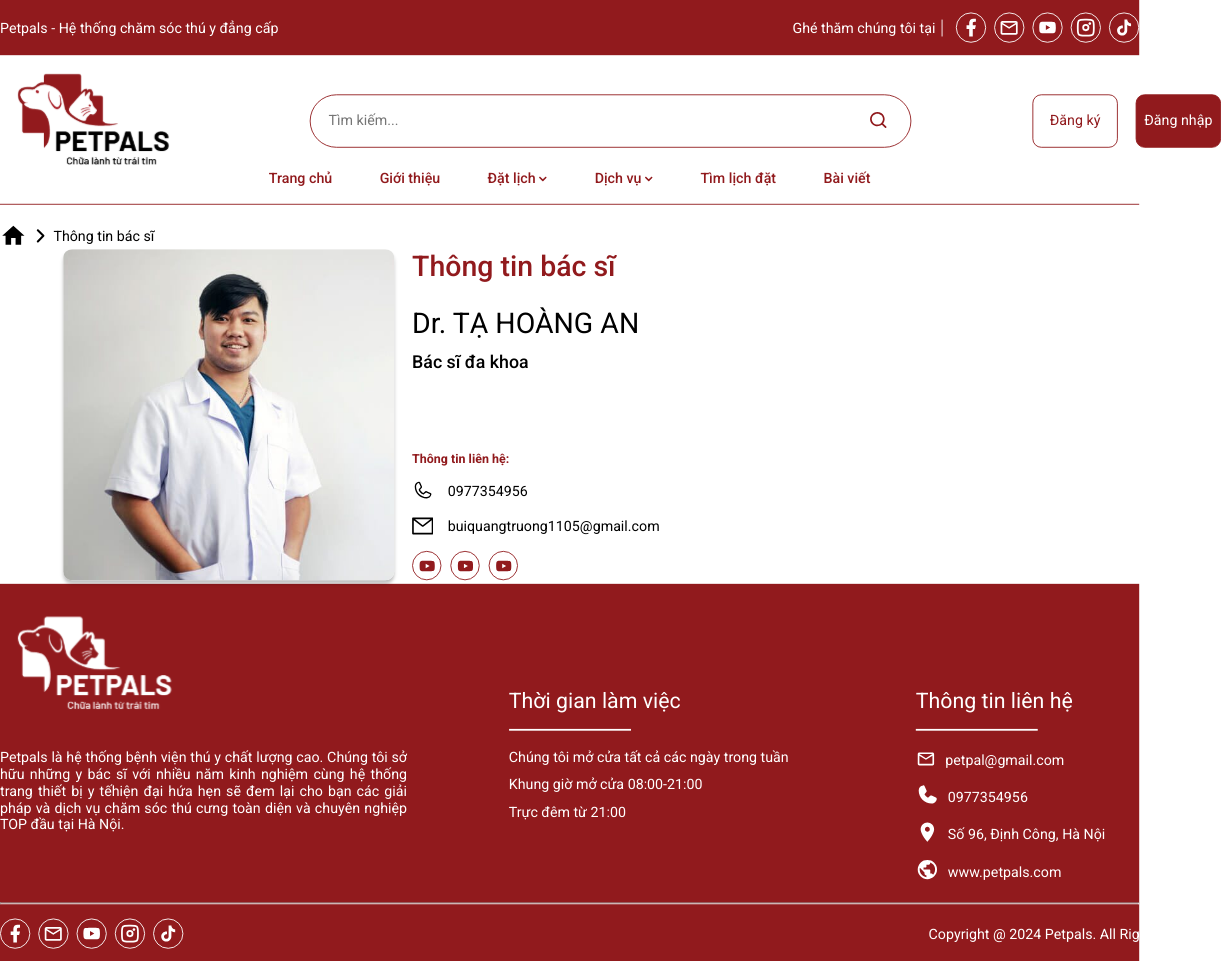
Repository: ahntrung1909/Petpals
Page: /chi-tiet-bac-si (app in petpals-user-main/)
The author's editor kept a copy of each file at every save. The page is drawn from the files as they stood at one save, then again after the next save.
The browser window is 1280 px wide. The page is 1372 px wide, so the pictures cover 1372 px, including what lies to the right of the window. The pictures show the whole page, at 89% of full size.
The project was rebuilt for these pictures with package versions that can differ from the ones it lists, and the page was loaded fresh each time. The framework's server and built-in components were replaced by stand-ins that run in the browser. Also part of the build but not shown: petpals-user-main/next.config.js, petpals-user-main/next.config.mjs.

Above is the page before, as saved 2024-04-14 13:17:32.

### petpals-user-main/src/app/layout.js
import { Footer } from "@/components/Footer/Footer";
import "./global.scss";
import { Header } from "@/components/Header/Header";
import { ToastContainer } from "react-toastify";
import "react-toastify/dist/ReactToastify.css";
import { Button, ConfigProvider, Space } from "antd";

export const metadata = {
  title: "Petpals - Chữa lành từ trái tim",
  description: "Petpals",
};

export default function RootLayout({ children }) {
  return (
    <html lang="en">
      <body>
        <Header />
        <ToastContainer />
        <ConfigProvider
          theme={{
            token: {
              colorPrimary: "#911A1D",
              fontFamily: "Roboto",
            },
            components: {
              DatePicker: {
                inputFontSize: 16,
              },
              Menu: {
                itemBg: "transparent",
                subMenuItemBg: "transparent",
                activeBarBorderWidth: 0,
                itemSelectedBg: "rgba(145, 26, 29, 0.05)",
                itemBorderRadius: 0,
              },
            },
          }}
        >
          {children}
        </ConfigProvider>
        <Footer />
      </body>
    </html>
  );
}

### petpals-user-main/src/app/chi-tiet-bac-si/page.js
import React from "react";
import "./style.scss";

export default function page() {
  return (
    <main>
      <div className="breadcrumb">
        <img src="/icon/ic_baseline-home.svg" alt="" />
        <img src="/icon/iconamoon_arrow-right-2.svg" alt="" />
        <p>Thông tin bác sĩ</p>
      </div>
      <section className="doctor-information-section">
        <div className="information-wrapper">
          <div className="doctor-img">
            <img src="/img/doctor/hoang_an.jpg" alt="" />
          </div>
          <div className="col-right">
            <div className="information">
              <h3>Thông tin bác sĩ</h3>
              <p className="doctor-name">Dr. TẠ HOÀNG AN</p>
              <p className="doctor-position">Bác sĩ đa khoa</p>
            </div>
            <div className="contact-info">
              <h4>Thông tin liên hệ:</h4>
              <div className="contact-item">
                <img src="/icon/ph_phone.svg" alt="" />
                <p>0977354956</p>
              </div>
              <div className="contact-item">
                <img src="/icon/MailOutlined.svg" alt="" />
                <p>buiquangtruong1105@gmail.com</p>
              </div>
              <div className="social-media">
                <div className="social-media-icon">
                  <img src="/icon/mdi_youtube-brown.svg" alt="" />
                </div>
                <div className="social-media-icon">
                  <img src="/icon/mdi_youtube-brown.svg" alt="" />
                </div>
                <div className="social-media-icon">
                  <img src="/icon/mdi_youtube-brown.svg" alt="" />
                </div>
              </div>
            </div>
          </div>
        </div>
      </section>
    </main>
  );
}

### petpals-user-main/src/components/Footer/Footer.js
import { Socialicon } from "../Socialicon/Socialicon";
import "./style.scss";
export const Footer = () => {
  return (
    <footer>
      <div className="row row-1">
        <div className="logo">
          <img src="/img/logo_am_ban.svg" alt="" />
        </div>
        <div className="working-time">Thời gian làm việc</div>
        <div className=" contact-info">Thông tin liên hệ</div>
      </div>
      <div className="row">
        <div className="about">
          Petpals là hệ thống bệnh viện thú y chất lượng cao. Chúng tôi sở hữu
          những y bác sĩ với nhiều năm kinh nghiệm cùng hệ thống trang thiết bị
          y tếhiện đại hứa hẹn sẽ đem lại cho bạn các giải pháp và dịch vụ chăm
          sóc thú cưng toàn diện và chuyên nghiệp TOP đầu tại Hà Nội.
        </div>
        <ul className="working-time-more">
          <li>Chúng tôi mở cửa tất cả các ngày trong tuần</li>
          <li>Khung giờ mở cửa 08:00-21:00</li>
          <li>Trực đêm từ 21:00</li>
        </ul>
        <ul className="contact-info-more">
          <li className="contact-item">
            <span>
              <img src="/icon/material-symbols_mail-outline.svg" alt="" />
            </span>
            petpal@gmail.com
          </li>
          <li className="contact-item">
            <span>
              <img src="/icon/ph_phone-fill.svg" alt="" />
            </span>
            0977354956
          </li>
          <li className="contact-item">
            <span>
              <img src="/icon/mdi_location.svg" alt="" />
            </span>
            Số 96, Định Công, Hà Nội
          </li>
          <li className="contact-item">
            <span>
              <img src="/icon/mdi_earth.svg" alt="" />
            </span>
            www.petpals.com
          </li>
        </ul>
      </div>
      <hr />
      <div className="footer-bottom">
        <Socialicon />
        <div>Copyright @ 2024 Petpals. All Rights Reverved</div>
      </div>
    </footer>
  );
};

### petpals-user-main/src/app/global.scss
@import url("https://fonts.googleapis.com/css2?family=Roboto:ital,wght@0,100;0,300;0,400;0,500;0,700;0,900;1,100;1,300;1,400;1,500;1,700;1,900&display=swap");
@import "../style/variable";
* {
  padding: 0;
  margin: 0;
  box-sizing: border-box;
}
body {
  font-family: "Roboto", sans-serif;
  font-size: 16px;
}
a {
  text-decoration: none;
  color: black;
}
ul,
li {
  list-style: none;
}
input,
textarea {
  width: 100%;
  border: none;
  outline: none;
  font-family: "Roboto", sans-serif;
  font-size: 16px;
}
img {
  width: 100%;
}
button {
  font-family: "Roboto", sans-serif;
  font-size: 16px;
}
label {
  font-family: "Roboto", sans-serif;
  font-size: 16px;
}

// custom scroll bar
::-webkit-scrollbar-track {
  background-color: #f5f5f5;
}

::-webkit-scrollbar {
  width: 6px;
  height: 6px;
  background-color: #f5f5f5;
}

::-webkit-scrollbar-thumb {
  background-image: linear-gradient($BROWN_500, $RED_500);
  // border-radius: 10px;
}
::-webkit-scrollbar-thumb:horizontal {
  background-image: linear-gradient(to right, $BROWN_500, $RED_500);
  // border-radius: 10px;
}

### petpals-user-main/src/app/chi-tiet-bac-si/style.scss
@import "../../style/variable";
@import "../../style/base";

.doctor-information-section {
  width: 1138px;
  margin: 0 auto;
}
.information-wrapper {
  display: flex;
  gap: 20px;
  .doctor-img {
    img {
      width: 372px;
      height: 372px;
      border-radius: 10px;
      object-fit: cover;
      box-shadow: 0 4px 4px rgba(0, 0, 0, 0.25);
    }
  }
  .col-right {
    height: 372px;
    display: flex;
    flex-direction: column;
    justify-content: space-between;
    .information {
      h3 {
        color: $BROWN_500;
        font-size: 32px;
        font-weight: 500;
        margin-bottom: 26px;
      }
      .doctor-name {
        font-size: 32px;
        font-weight: 400;
        margin-bottom: 12px;
      }
      .doctor-position {
        font-size: 20px;
        font-weight: 500;
      }
    }
    .contact-info {
      display: flex;
      flex-direction: column;
      gap: 16px;
      padding-bottom: 0;
      &::after {
        display: none;
      }
      h4 {
        font-size: 14px;
        color: $BROWN_500;
      }
      .contact-item {
        img {
          width: 24px;
          height: 24px;
          margin-right: 6px;
        }
        p {
          font-size: 16px;
        }
      }
      .social-media {
        display: flex;
        gap: 10px;
        .social-media-icon {
          width: 33px;
          height: 33px;
          display: flex;
          justify-content: center;
          align-items: center;
          border: 1px solid $BROWN_500;
          border-radius: 50%;
          img {
            width: 22px;
            height: 22px;
          }
        }
      }
    }
  }
}

### petpals-user-main/src/components/Socialicon/Socialicon.js
import "./style.scss";
export const Socialicon = () => {
  return (
    <div className="list-social-icon">
      <div className="icon-item">
        <img src="/icon/ri_facebook-fill.svg" alt="icon-facebook" />
      </div>
      <div className="icon-item">
        <img src="/icon/material-symbols_mail-outline.svg" alt="icon-mail" />
      </div>
      <div className="icon-item">
        <img src="/icon/mdi_youtube.svg" alt="icon-youtube" />
      </div>
      <div className="icon-item">
        <img src="/icon/lets-icons_insta.svg" alt="icon-insta" />
      </div>
      <div className="icon-item">
        <img src="/icon/ic_baseline-tiktok.svg" alt="icon-tiktok" />
      </div>
    </div>
  );
};

### petpals-user-main/src/components/Footer/style.scss
@import "../../style/variable";
footer {
  display: block;
  width: 100vw;
  height: 424px;
  background-color: $BROWN_500;
  padding: 20px 0;
}
.row {
  width: 1372px;
  margin: 0 auto;
  display: grid;
  grid-template-columns: repeat(12, 1fr);
  row-gap: 20px;
  color: white;
  margin-bottom: 20px;
}
.row-1 {
  align-items: flex-end;
}
.logo {
  width: 214px;
  grid-column: 1/5;
}
.working-time {
  grid-column: 6/10;
  position: relative;
  font-size: 24px;
  padding-bottom: 20px;
  &::after {
    content: "";
    width: 137px;
    height: 2px;
    background-color: white;
    position: absolute;
    left: 0;
    bottom: 0;
  }
}
.contact-info {
  position: relative;
  grid-column: 10/13;
  font-size: 24px;
  padding-bottom: 20px;
  &::after {
    content: "";
    width: 137px;
    height: 2px;
    background-color: white;
    position: absolute;
    left: 0;
    bottom: 0;
  }
}
.about {
  grid-column: 1/5;
  text-align: justify;
}
.working-time-more {
  grid-column: 6/10;
  display: flex;
  flex-direction: column;
  gap: 12px;
}
.contact-info-more {
  grid-column: 10/13;
  display: flex;
  flex-direction: column;
  gap: 12px;
}
.contact-item {
  display: flex;
  gap: 10px;
  align-items: center;
}
.footer-bottom {
  width: 1372px;
  margin: 0 auto;
  margin-top: 16px;
  color: white;
  display: flex;
  align-items: center;
  justify-content: space-between;
}

### petpals-user-main/src/style/_variable.scss
$BROWN_50: rgb(244, 232, 232);
$BROWN_100: rgb(221, 184, 185);
$BROWN_200: rgb(204, 150, 151);
$BROWN_300: rgb(181, 102, 104);
$BROWN_400: rgb(167, 72, 74);
$BROWN_500: rgb(145, 26, 29);
$BROWN_600: rgb(132, 24, 26);
$BROWN_700: rgb(103, 18, 21);
$BROWN_800: rgb(80, 14, 16);
$BROWN_900: rgb(61, 11, 12);
$RED_50: rgb(255, 247, 247);
$RED_100: rgb(255, 230, 231);
$RED_200: rgb(255, 217, 219);
$RED_300: rgb(255, 200, 202);
$RED_400: rgb(255, 189, 192);
$RED_500: rgb(255, 173, 176);
$RED_600: rgb(232, 157, 160);
$RED_700: rgb(181, 123, 125);
$RED_800: rgb(140, 95, 97);
$RED_900: rgb(107, 73, 74);
$BROWN_DARK_50: rgb(236, 233, 233);
$BROWN_DARK_100: rgb(195, 186, 186);
$BROWN_DARK_200: rgb(165, 152, 152);
$BROWN_DARK_300: rgb(124, 105, 106);
$BROWN_DARK_400: rgb(99, 76, 77);
$BROWN_DARK_500: rgb(60, 31, 32);
$BROWN_DARK_600: rgb(55, 28, 29);
$BROWN_DARK_700: rgb(43, 22, 23);
$BROWN_DARK_800: rgb(33, 17, 18);
$BROWN_DARK_900: rgba(25, 13, 13, 0.2);

### petpals-user-main/src/components/Header/style.scss
@import "../../style/_variable";

header {
  height: 230px;
  border-bottom: 1px solid $BROWN_500;
}
div:has(.wrap):nth-child(1) {
  background-color: $BROWN_500;
  height: 62px;
  display: flex;
  align-items: center;
}
.wrap {
  width: 1372px;
  margin: 0 auto;
}
.top-header {
  display: flex;
  justify-content: space-between;
  align-items: center;
  color: white;
}
.social-connect {
  display: flex;
  align-items: center;
  gap: 15px;
}
.social-connect > p {
  padding: 0px 7px;
  border-right: 1px solid white;
}
div:has(.wrap):nth-child(2) {
  padding-top: 18px;
}
.main-header {
  display: flex;
  align-items: center;
  justify-content: space-between;
}
.petpals-logo {
  display: block;
  width: 211px;
  height: 111px;
}
.header-main-right {
  display: flex;
  width: 1024px;
  justify-content: space-between;
  align-items: center;
}
.search-input {
  display: flex;
  position: relative;

  input {
    width: 676px;
    height: 60px;
    padding: 0px 60px 0px 20px;
    border: 1px solid $BROWN_500;
    border-radius: 99px;
    display: flex;
    justify-content: center;
    align-items: center;
  }
  .icon-item {
    right: 20px;
    top: 50%;
    transform: translateY(-50%);
    position: absolute;
    cursor: pointer;
  }
}
.btn-group {
  display: flex;
  gap: 20px;
  text-align: center;
  .btn {
    display: flex;
    justify-content: center;
    align-items: center;
    width: 96px;
    height: 60px;
    border: 1px solid $BROWN_500;
    border-radius: 10px;
    color: $BROWN_500;
  }
  .btn:nth-child(1):hover {
    background-color: $BROWN_500;
    color: white;
  }
  .btn:nth-child(2) {
    color: white;
    background-color: $BROWN_500;
    &:hover {
      background-color: $BROWN_300;
    }
  }
}
.nav {
  display: flex;
  align-items: center;
  justify-content: space-between;
  width: 676px;
  margin: 0 auto;
  color: $BROWN_500;
  font-weight: 500;
  z-index: 99;

  &-item {
    display: flex;
    position: relative;
    align-items: center;
    cursor: pointer;
    padding-bottom: 8px;
    &.active > span,
    &.active > a {
      font-weight: 900;
    }
    &:hover .sub-nav:not(.nav-2) {
      display: flex;
    }
    span {
      display: flex;
      justify-content: center;
      align-items: center;
      color: $BROWN_500;
    }
    a {
      display: flex;
      justify-content: center;
      align-items: center;
      color: $BROWN_500;
      width: 100%;
      height: 100%;
    }
    &:hover > a {
      color: $RED_500;
    }
    &:hover > span {
      color: $RED_500;
    }
  }
}
.sub-nav {
  position: absolute;
  z-index: 99;
  top: 100%;
  left: 0;
  border-radius: 10px;
  box-shadow: 0 15px 15px 15px rgba(0, 0, 0, 0.05);
  box-shadow: 0 15px 15px rgba(0, 0, 0, 0.1);
  border: 0.5px solid rgba(0, 0, 0, 0.15);
  background-color: white;
  padding: 8px;
  display: none;
  flex-direction: column;
  gap: 8px;
  &.nav-2 {
    position: absolute;
    top: 0;
    left: 100%;
    transform: translate(8px, -8px);
    display: none;
  }
  &-item {
    position: relative;
    display: flex;
    align-items: center;
    justify-content: space-between;
    &::after {
      content: "";
      width: 8px;
      height: 100%;
      position: absolute;
      top: 0;
      right: -8px;
    }
    &:hover {
      background-color: rgba(0, 0, 0, 0.05);
    }
    &:hover .sub-nav.nav-2 {
      display: flex;
    }
    a {
      width: 100%;
      height: 100%;
      display: flex;
      justify-content: left;
      padding: 12px 16px;
    }
    span {
      padding: 12px 16px;
    }
    &-active > span,
    &-active > a {
      font-weight: 600;
    }
  }
}
.user-login-controller {
  display: flex;
  align-items: center;
  gap: 8px;
  cursor: pointer;
  position: relative;

  &:hover .sub-nav {
    display: flex;
    left: inherit;
    right: 0;
  }
  .user-img {
    width: 56px;
    height: 56px;
    img {
      border-radius: 50%;
    }
  }
}
.icon-bell {
  width: 30px;
  height: 30px;
  position: relative;
  .number-bell {
    position: absolute;
    top: 0;
    right: 0;
    transform: translate(36%, -30%);
    width: 20px;
    height: 20px;
    font-size: 12px;
    font-weight: 500;
    color: white;
    display: flex;
    justify-content: center;
    align-items: center;
    background-color: $RED_500;
    border-radius: 50%;
  }
  .menu-bell {
    display: none;
    position: absolute;
    right: 0;
    bottom: -20px;
    transform: translateY(100%);
    background-color: white;
    width: 554px;
    height: 468px;
    padding: 20px;
    border-radius: 10px;
    z-index: 99;
    box-shadow: 0 0 8px 4px rgba(0, 0, 0, 0.2);
    &.menu-bell-active {
      display: block;
    }
    ::after {
      content: "";
      width: 20px;
      height: 20px;
      background-color: white;
      position: absolute;
      right: 14px;
      top: 0;
      transform: translate(0, -50%);
      rotate: 45deg;
    }
    h3 {
      text-transform: uppercase;
      color: $BROWN_500;
      font-size: 22px;
      margin-bottom: 10px;
    }
    .menu-item {
      display: flex;
      flex-direction: column;
      gap: 10px;
      padding: 8px 0;
      border-bottom: 1px solid rgba(0, 0, 0, 0.25);
      &:hover {
        background-color: $BROWN_50;
      }
      .content {
        font-size: 20px;
      }
      .time {
        font-size: 12px;
      }
      span {
        text-align: left;
        padding: 0 8px;
      }
    }
    .container {
      height: 400px;
      overflow: scroll;
    }
  }
  .overlay {
    display: none;
    position: fixed;
    width: 100vw;
    height: 100vh;
    inset: 0;
    z-index: 20;
    background-color: rgba(0, 0, 0, 0.25);
    cursor: pointer;
    &.overlay-active {
      display: block;
    }
  }
}

### petpals-user-main/src/style/_base.scss
.section-heading {
  width: fit-content;
  margin: 60px auto;
  color: $BROWN_500;
  position: relative;
  font-size: 24px;
  font-weight: 800;
  text-transform: uppercase;
  &::after {
    content: "";
    width: 80%;
    height: 3px;
    position: absolute;
    bottom: -16px;
    left: 50%;
    transform: translateX(-50%);
    background-color: $BROWN_500;
  }
}
.breadcrumb {
  width: 1372px;
  margin: 0 auto;
  display: flex;
  align-items: center;
  padding-top: 20px;
  img {
    width: 30px;
    height: 30px;
  }
}

### petpals-user-main/src/components/Socialicon/style.scss
.list-social-icon {
  display: flex;
  gap: 9px;
}
.icon-item {
  width: 34px;
  height: 34px;
  border: 1px solid white;
  padding: 4px;
  border-radius: 99px;
  display: flex;
  justify-content: center;
  align-items: center;
}

Loaded but not shown: petpals-user-main/src/components/Header/Header.js (334 lines, source omitted)

After the next save:
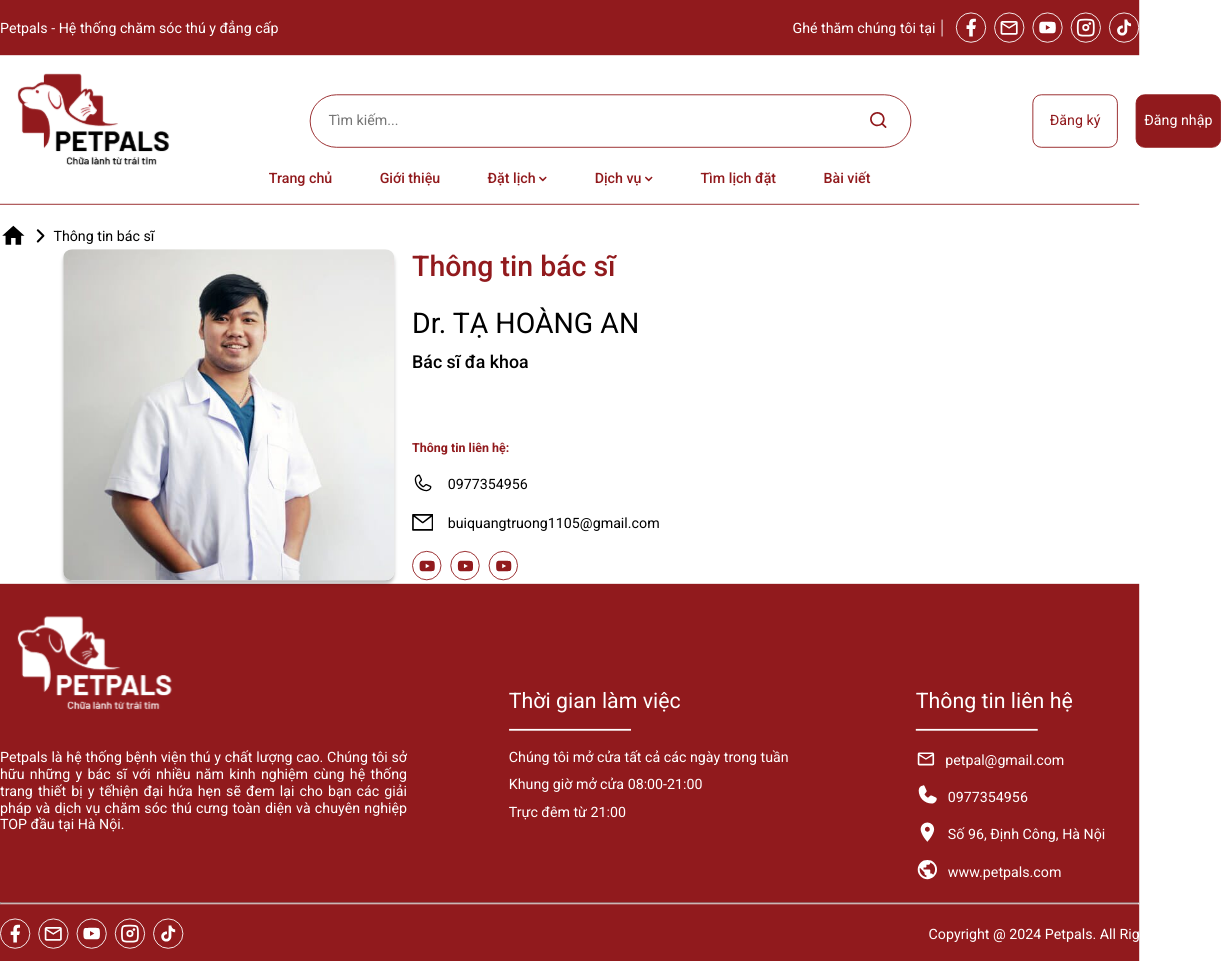
Saved 4 s later.
--- a/petpals-user-main/src/app/chi-tiet-bac-si/style.scss
+++ b/petpals-user-main/src/app/chi-tiet-bac-si/style.scss
@@ -42,7 +42,7 @@
     .contact-info {
       display: flex;
       flex-direction: column;
-      gap: 16px;
+      gap: 20px;
       padding-bottom: 0;
       &::after {
         display: none;
